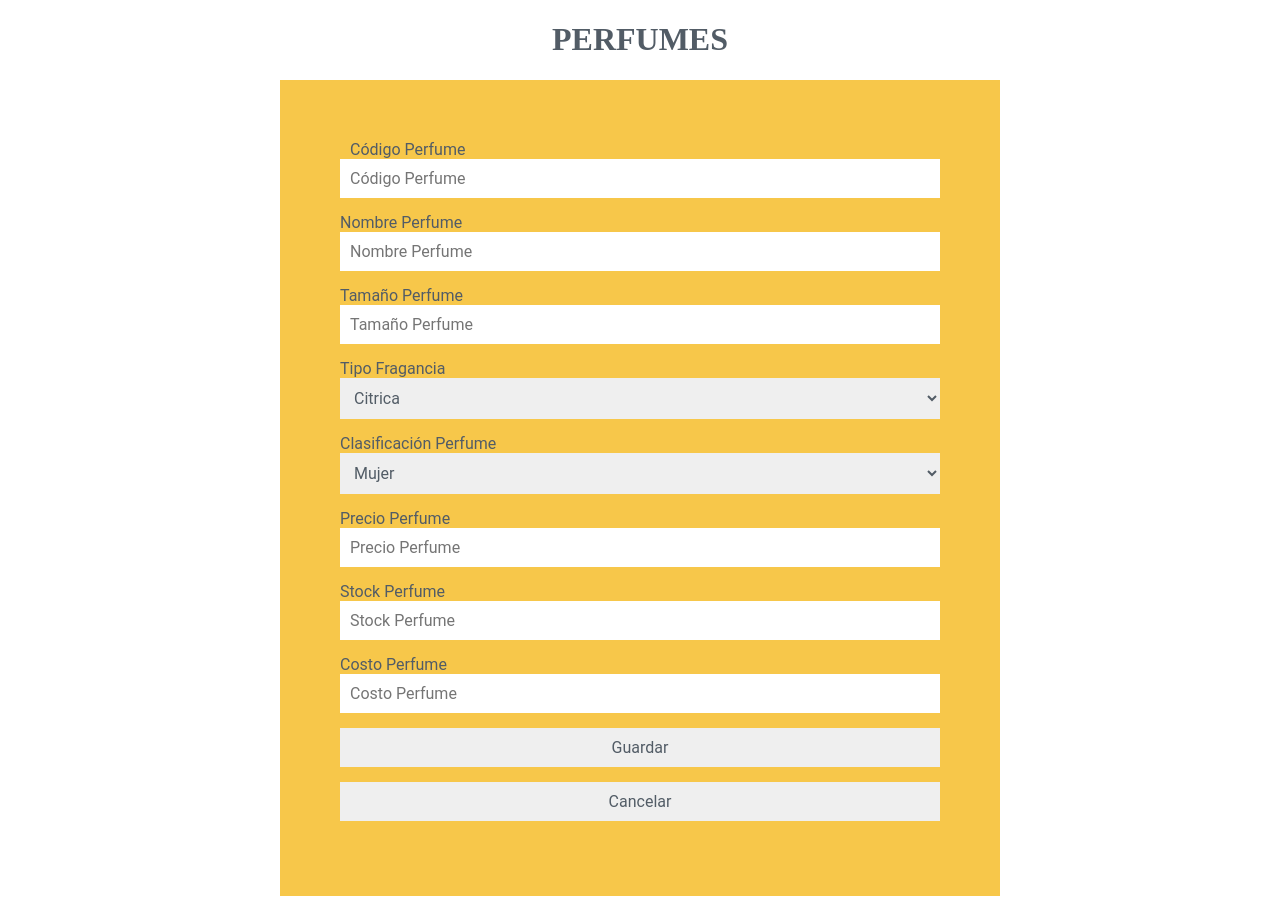
Repository: alejamorenovallejo/arosmile
Page: perfume.html
An editor plug-in stored every save of this project. The page is shown before and after the next save, followed by the edit.
The browser window is 1280 px wide. The pictures show the whole page.

Above is the page before, as saved 2021-09-12 02:25:44.
Not found: main.js

After the next save:
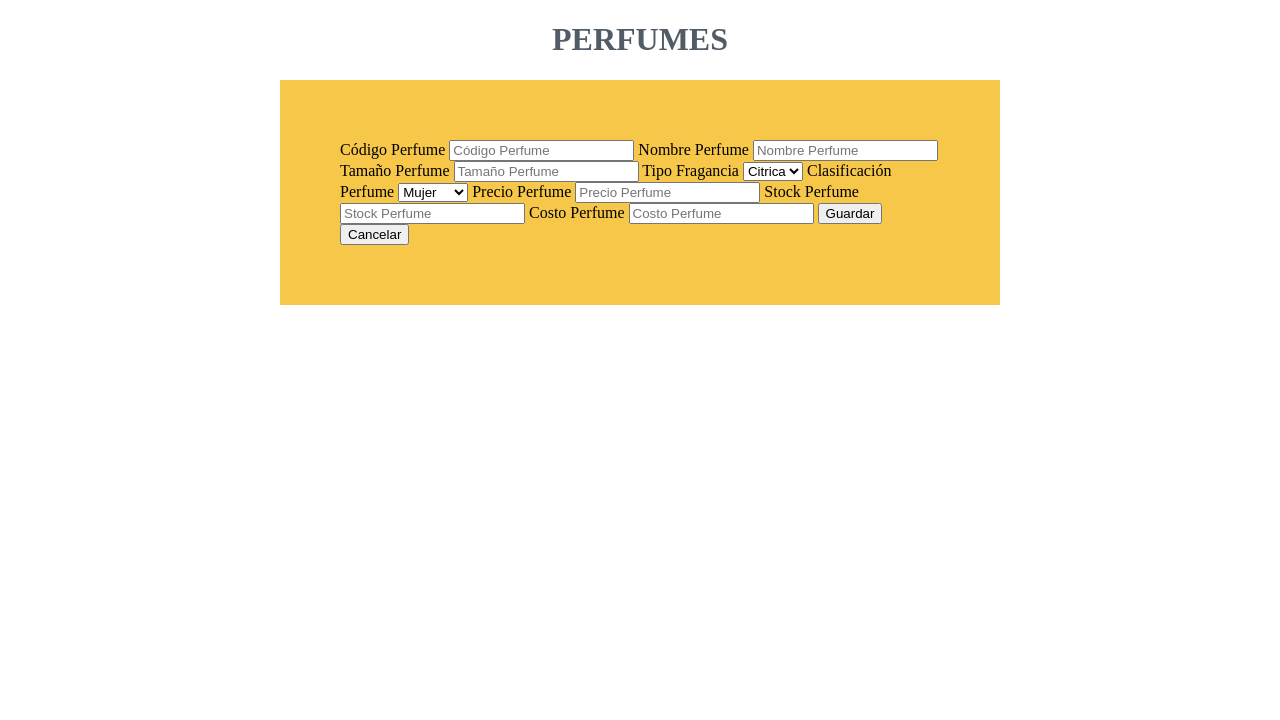
Saved 8 s later.
--- a/css/style.css
+++ b/css/style.css
@@ -4,17 +4,7 @@ form {
   background-color: #F7C74A;
   margin: 0 auto;
 }
-form input, form select,form label{
-    margin-bottom: 15px;
-    font-family: "Roboto", sans-serif;
-    width: 100%;
-    padding: 10px;
-    box-sizing: border-box;
-    border: none;
-    color: #525c66;
-    font-size: 1em;
-    resize: horizontal;
-}
+
 
 h1 {
     text-align: center;
